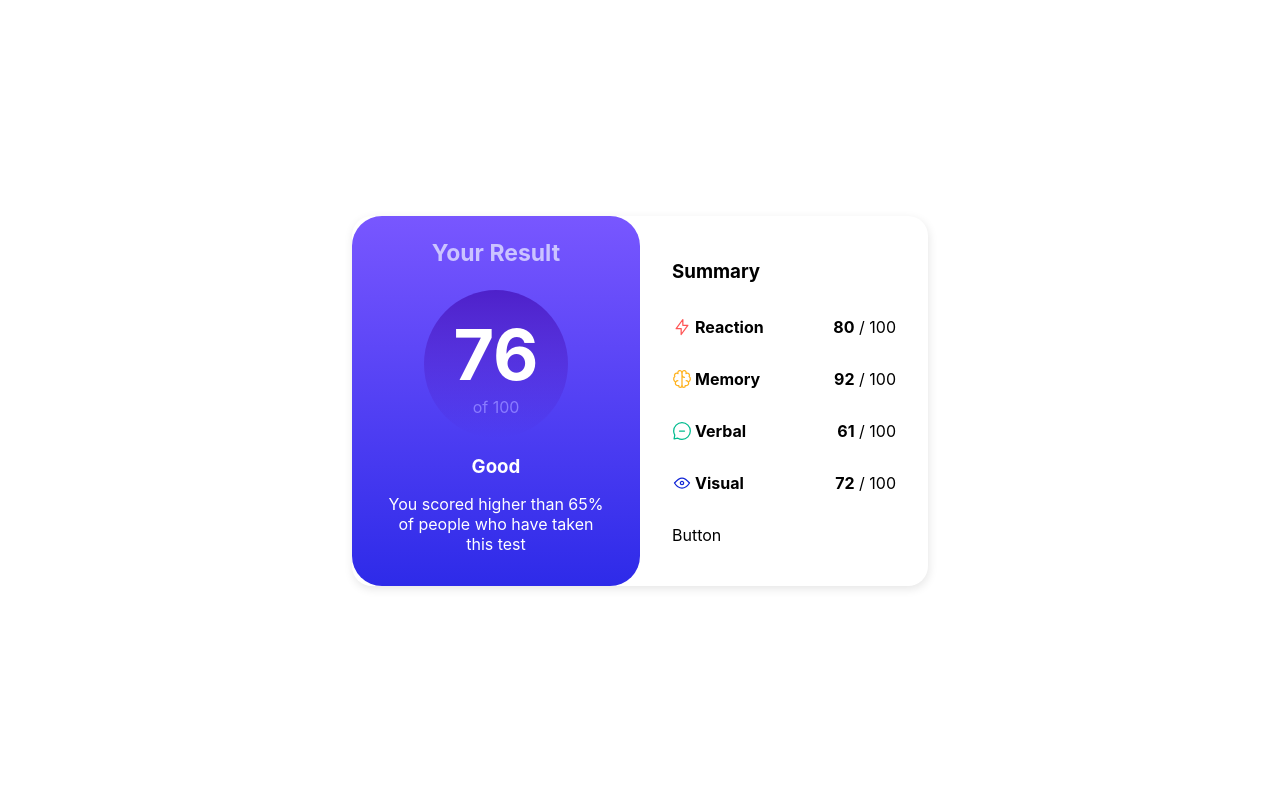
Repository: JeanPaulBassil/Result-Summary-Design
Page: /
An editor plug-in stored every save of this project. The page is shown before and after a run of saves, followed by the edit.
The browser window is 1280 px wide. The pictures show the whole page.
The project was rebuilt for these pictures with package versions that can differ from the ones it lists, and the page was loaded fresh each time.

Above is the page before, as saved 2023-02-24 17:38:15.

After the next 5 saves:
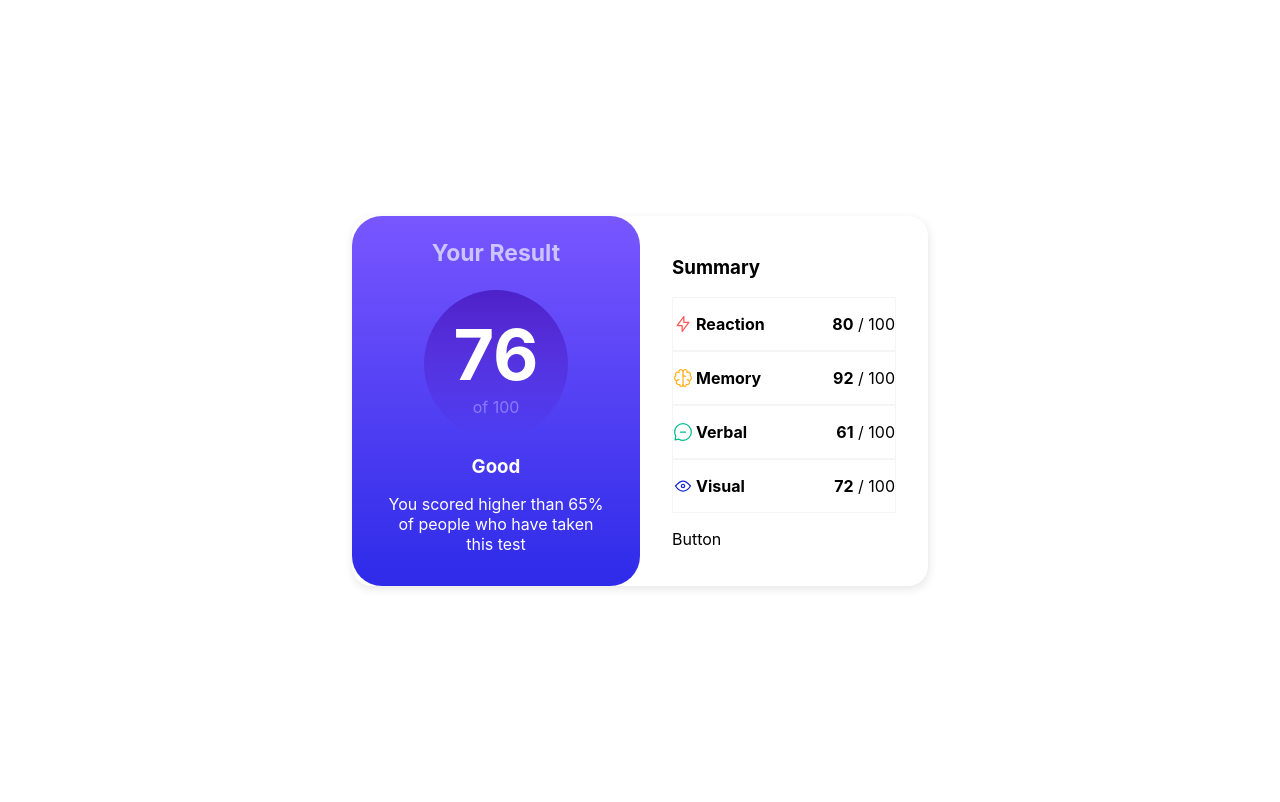
The 5 saves are shown as one change because they came seconds apart.
The last was saved 46 s later.
--- a/src/Components/Summary/Summary.css
+++ b/src/Components/Summary/Summary.css
@@ -1,6 +1,7 @@
 .part {
     display: flex;
     justify-content: space-between;
+    border: 1px solid rgba(0, 0, 0, .04);
 }
 
 .icon {
@@ -23,3 +24,7 @@
     align-items: center;
     justify-content: center;
 }
+
+.red {
+
+}
